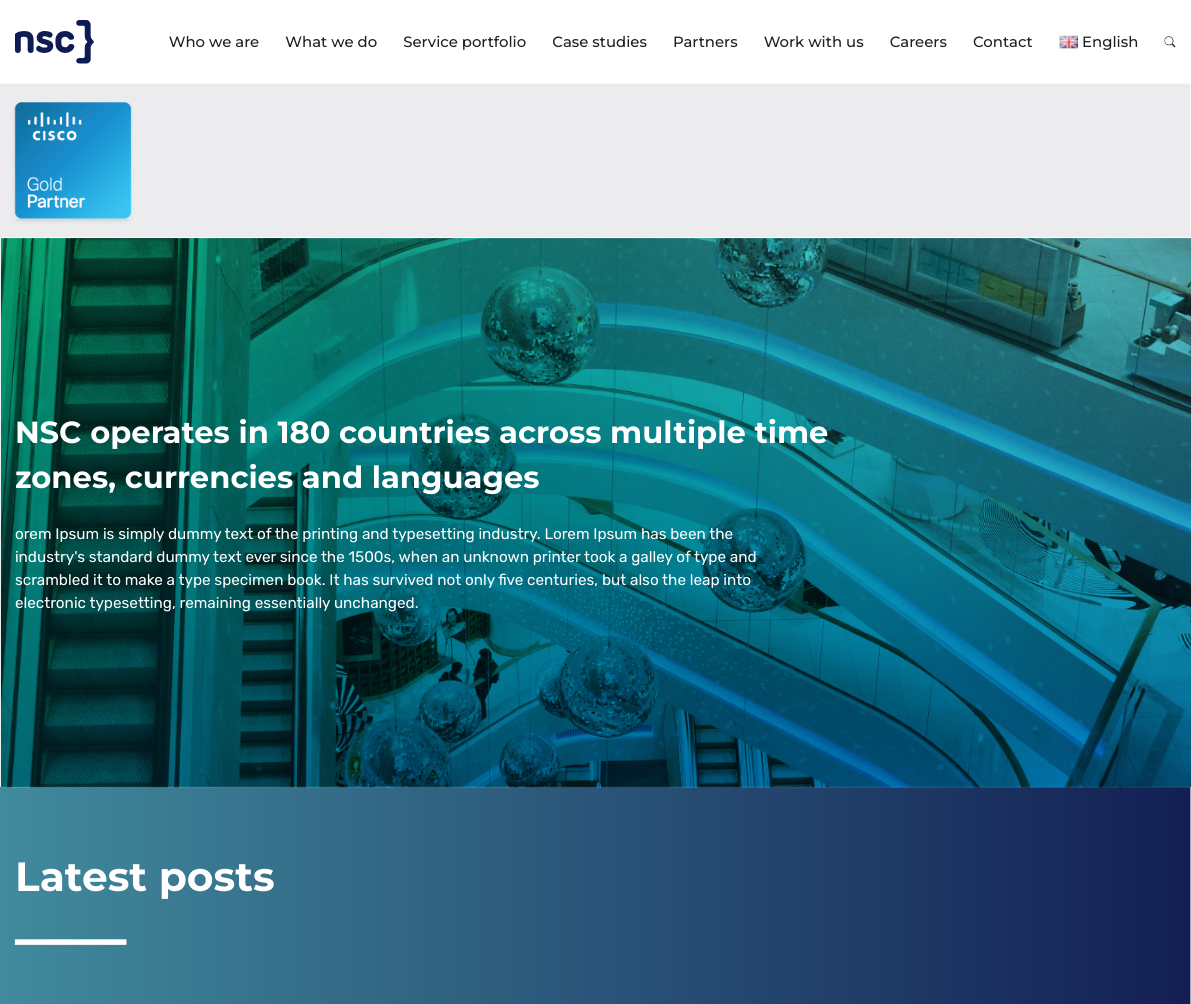
Repository: spaceship9999/ReactIsBack
Page: /
The author's editor kept a copy of each file at every save. The page is drawn from the files as they stood at one save, then again after the next save.
The browser window is 1280 px wide. The page is 1281 px wide, so the pictures cover 1281 px, including what lies to the right of the window. The pictures show the whole page, at 93% of full size.
The project was rebuilt for these pictures with package versions that can differ from the ones it lists, and the page was loaded fresh each time. The framework's server and built-in components were replaced by stand-ins that run in the browser. Also part of the build but not shown: next.config.js.

Above is the page before, as saved 2023-03-25 17:34:13.

### src/app/layout.tsx
import './globals.scss'

export const metadata = {
  title: 'Create Next App',
  description: 'Generated by create next app',
}

export default function RootLayout({
  children,
}: {
  children: React.ReactNode
}) {
  return (
    <html lang="en">
      <body>{children}</body>
    </html>
  )
}

### src/app/page.tsx
import Link from "next/link";
import Header from "./Header";
import Award from "./Award";
import Banner from "./Banner";
import Posts from "./Posts";

export default function Home() {
  return (
    <main>
      <Header></Header>
      <Award/>
      <Banner
        heading="NSC operates in 180 countries across multiple time zones, currencies and languages"
        image="/img/Cisco_Banner.png" content="orem Ipsum is simply dummy text of the printing and typesetting industry. Lorem Ipsum has been the industry's standard dummy text ever since the 1500s, when an unknown printer took a galley of type and scrambled it to make a type specimen book. It has survived not only five centuries, but also the leap into electronic typesetting, remaining essentially unchanged." position={""}/>
      <Posts></Posts>
    </main>
  )
}

### src/app/globals.scss
@tailwind base;
@tailwind components;
@tailwind utilities;

@import "./scss/fonts";
@import "./scss/global";
@import "./scss/typography";

### src/app/Header.tsx
import Link from "next/link";

export default function Header() {
    return (
        <div className="container py-5">
            <div className="flex justify-between items-center">
                <Link href="/" >
                    <Logo className="w-[85px] h-[50px]" />
                </Link>
                <nav className="flex gap-7 font-montserrat font-medium text-grey">
                    <Link href="/who-we-are" >
                        Who we are
                    </Link>
                    <Link href="/what-we-do" >
                        What we do
                    </Link>
                    <Link href="/what-we-do" >
                        Service portfolio
                    </Link>
                    <Link href="/what-we-do" >
                        Case studies
                    </Link>
                    <Link href="/what-we-do" >
                        Partners
                    </Link>
                    <Link href="/what-we-do" >
                        Work with us
                    </Link>
                    <Link href="/what-we-do" >
                        Careers
                    </Link>
                    <Link href="/what-we-do" >
                        Contact
                    </Link>
                    <button className="flex items-center gap-x-1">
                        <img src="/img/gb-flag.png" className="w-full"/>
                        English
                    </button>
                    <button>
                        <Search/>
                    </button>
                </nav>
            </div>
        </div>
    )
}


const Logo = (props : { className: string}) => {
    const { className } = props;
    return (
        <svg className={className} xmlns="http://www.w3.org/2000/svg" viewBox="0 0 283.4 156" preserveAspectRatio="xMinYMid meet">
            <path id="nsc_global_logo" d="M67,107.8a10.074,10.074,0,0,1-10,9.9c-5.9.2-11.2-4.5-11.2-9.9V71.6c0-7.4-4.1-11.5-12.4-11.5-6.3,0-12.2.6-12.2,4.2v43.5c0,5.4-4.4,9.9-10.9,9.9-4.9,0-10.3-4.4-10.3-9.9V54.2c0-3.6,1-5.3,3.5-7C8,44,18.6,39.3,34,39.3c21.6,0,33,11.2,33,31.2Zm48.8-37.6L106,68c-6.4-1.4-7.3-3.2-7.3-5,0-3,3.1-4.7,8.6-4.7a31.5,31.5,0,0,1,10.9,2.5,19.538,19.538,0,0,0,7.6,2,8.7,8.7,0,0,0,6.7-3.1,10.468,10.468,0,0,0,2.5-7.6,9.067,9.067,0,0,0-3.5-6.6c-4.9-4-13.9-6.5-23.5-6.5-18,0-29.7,9.6-29.7,24.4,0,11.1,7.4,18.9,21.3,22.5,3.8,1,4.8,1.2,6.8,1.6.9.2,1.9.4,3.5.8,6.2,1.5,7.1,3.5,7.1,5.3,0,4.6-6.5,5.1-9.3,5.1a31.582,31.582,0,0,1-15.9-4.4,12.9,12.9,0,0,0-6.2-2A9.431,9.431,0,0,0,78,96.2c-3,3.9-2.1,10,1.9,13.3,4.6,3.8,13,8.3,27.4,8.3,18.2,0,30.4-10.2,30.4-25.4-.1-11.4-7.2-18.7-21.9-22.2Zm95.9,19.2c-2.2-2.9-6.3-4.2-10-4-4.7.2-7.3,1.7-9,4.9-2.7,4.7-6.5,7.3-12.2,7.3-7.8,0-12.9-4.9-13.7-12.9a95.4,95.4,0,0,1,0-13.1c.8-7.7,5.8-12.1,13.7-12.1a13.278,13.278,0,0,1,11.2,6.1c2.7,3.9,5.7,5.1,8.8,5.2,3.7.2,8-.7,10.6-3.9,1.4-1.7,1.7-4.3,1-7C209.8,51,199,39.2,179.9,39.2c-19,0-33.1,12.1-34.2,29.5a152.151,152.151,0,0,0,0,19.1c1.5,17.5,15.9,30.3,34.2,30.3,19.1,0,29.9-10.6,33-21.3.8-3.3.1-5.7-1.2-7.4Zm60,12.3c0-14.8,11.7-17.8,11.7-23.7s-11.7-8.9-11.7-23.7V15.9A15.939,15.939,0,0,0,255.8,0H231c-6.1,0-11,4-11,10,0,6.3,5.1,10.3,11.1,10.3h14.6a4.739,4.739,0,0,1,4.8,4.8V54.3c0,18.9,9.7,20.5,9.7,23.7s-9.7,4.9-9.7,23.7v29.2a4.739,4.739,0,0,1-4.8,4.8H231.1c-6,0-11.1,3.9-11.1,10.3,0,6,4.9,10,11.1,10h24.8a15.938,15.938,0,0,0,15.9-15.9V101.7Z" fill="#0f1c54"></path>
        </svg>
    )
}

const Search = () => {
    return (
        <svg xmlns="http://www.w3.org/2000/svg" className="w-3 h-3" fill="currentColor" viewBox="0 0 16 16">
            <path d="M11.742 10.344a6.5 6.5 0 1 0-1.397 1.398h-.001c.03.04.062.078.098.115l3.85 3.85a1 1 0 0 0 1.415-1.414l-3.85-3.85a1.007 1.007 0 0 0-.115-.1zM12 6.5a5.5 5.5 0 1 1-11 0 5.5 5.5 0 0 1 11 0z" />
        </svg>
    )
}

### src/app/Award.tsx
export default function Award() {
    return (
        <div className="bg-light-grey py-5">
            <div className="container">
                <img className="w-[125px] shadow-md" src="/img/cisco-partner-o.png"/>
            </div>
        </div>
    )
}

### src/app/Banner.tsx

interface BannerProps {
    heading: string;
    content: string;
    image: string;
    position: string;
}



export default function Banner({heading, content, image, position = "center"}: BannerProps) {
    return (
        <div className="py-20 md:py-24 lg:py-[185px] relative">
            <img src={image}
             className={`absolute inset-[1px] w-full h-full object-cover ${position === 'center' ? 'object-center': 'object-start'}`}/>
             <div className="container">
                <div className="flex flex-col items-center relative z-10 text-white md:max-w-[910px] text-center md:text-left">
                    <h2 className="text-white font-montserrat t-36 font-bold mb-6">{heading}</h2>
                    <div className="font-rubik t-24 lg:pr-20">
                        { content }
                    </div>
                </div>
             </div>
        </div>
    )
}

### src/app/Posts.tsx
export default function Posts() {
    return (
        <div className="bg-gradient-to-r from-[#418A9D] to-[#131F53] py-16">
            <div className="container">
                <h2 className="text-white t-48 font-montserrat font-bold pb-10 relative
                            after:absolute after:left-0 after:bottom-0 after:h-[6px] after:w-[120px] after:bg-white">
                    Latest posts
                </h2>
            </div>
        </div>
    )
}

### src/app/scss/_fonts.scss
@font-face {
    font-family: 'Rubik';
    font-display: swap;
    font-style: italic;
    src: url(/fonts/Rubik-Italic-VariableFont_wght.ttf) format('truetype'),
}

@font-face {
    font-family: 'Rubik';
    font-display: swap;
    font-style: normal;
    src: url(/fonts/Rubik-VariableFont_wght.ttf) format('truetype'),
}

@font-face {
    font-family: 'Montserrat';
    font-display: swap;
    font-style: normal;
    src: url(/fonts/Montserrat-VariableFont_wght.ttf) format('truetype'),
}

@font-face {
    font-family: 'Montserrat';
    font-display: swap;
    font-style: italic;
    src: url(/fonts/Montserrat-Italic-VariableFont_wght.ttf) format('truetype'),
}

### src/app/scss/_global.scss
.container {
    width: 100%;
    max-width: 1408px;
    padding-left: 1rem;
    padding-right: 1rem;
}

### src/app/scss/_typography.scss
.t-48 {
    font-size: clamp(24px, 3.429vw, 48px);
}
.t-36 {
    font-size: clamp(24px, 2.571vw, 36px);
}

.t-24 {
    font-size: clamp(16px, 1.286vw, 24px);
}

### tailwind.config.js
/** @type {import('tailwindcss').Config} */
/** @type {import('tailwindcss').Config} */
module.exports = {
  content: [
    "./app/**/*.{js,ts,jsx,tsx}",
    "./pages/**/*.{js,ts,jsx,tsx}",
    "./components/**/*.{js,ts,jsx,tsx}",

    // Or if using `src` directory:
    "./src/**/*.{js,ts,jsx,tsx}",
  ],
  theme: {
    extend: {
      fontFamily: {
        "montserrat": ["Montserrat", 'sans-serif'],
        "rubik": ["Rubik", 'sans-serif'],
      },
      container: {
        center: true,
      },
      colors: {
        "grey": "#202020",
        "light-grey": "#ECECEE",
      }
    },
  },
  plugins: [],
}

After the next save:
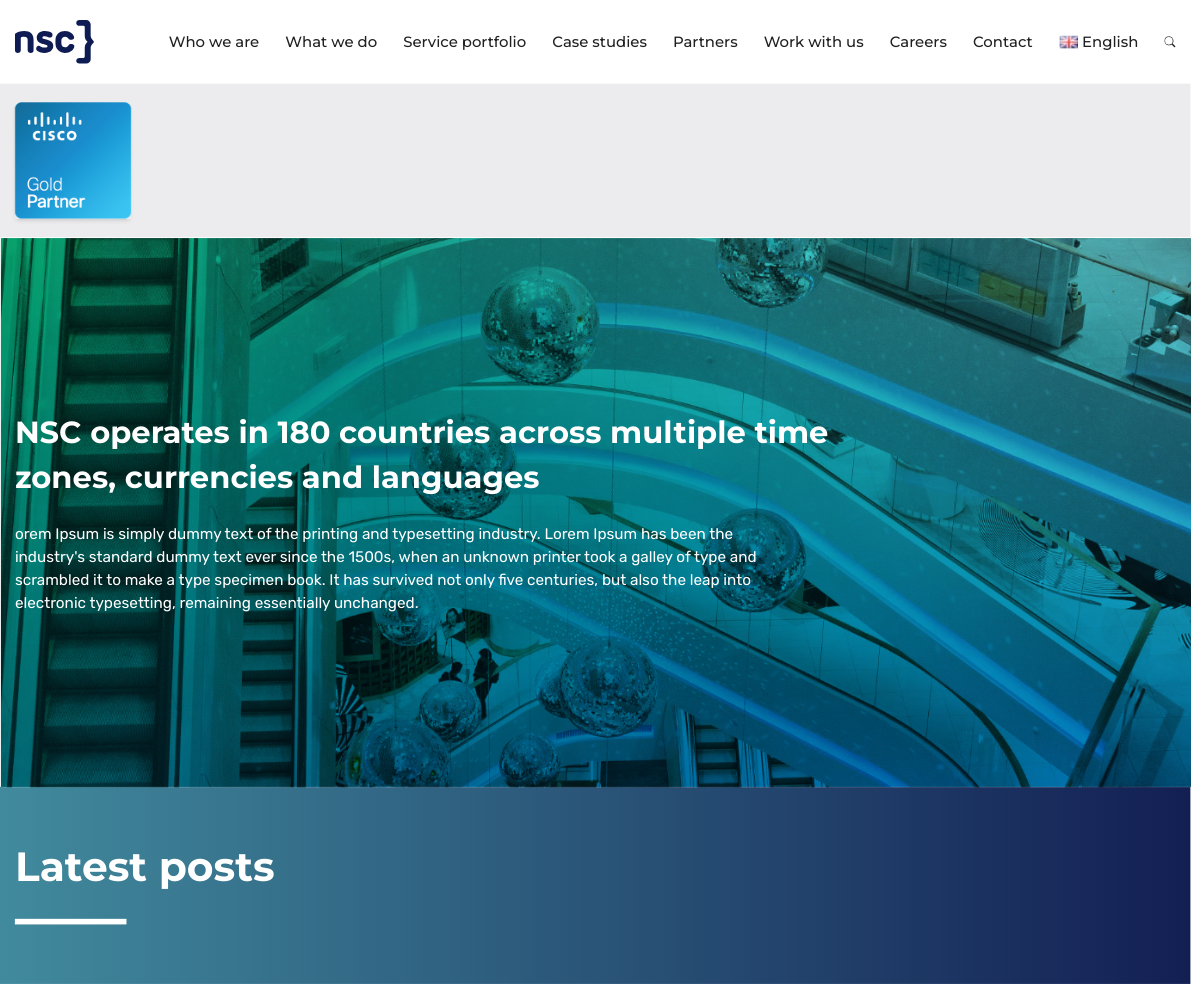
Saved 9 s later.
--- a/src/app/Posts.tsx
+++ b/src/app/Posts.tsx
@@ -2,7 +2,7 @@
     return (
         <div className="bg-gradient-to-r from-[#418A9D] to-[#131F53] py-16">
             <div className="container">
-                <h2 className="text-white t-48 font-montserrat font-bold pb-10 relative
+                <h2 className="text-white t-48 font-montserrat font-bold pb-10 relative leading-none
                             after:absolute after:left-0 after:bottom-0 after:h-[6px] after:w-[120px] after:bg-white">
                     Latest posts
                 </h2>
